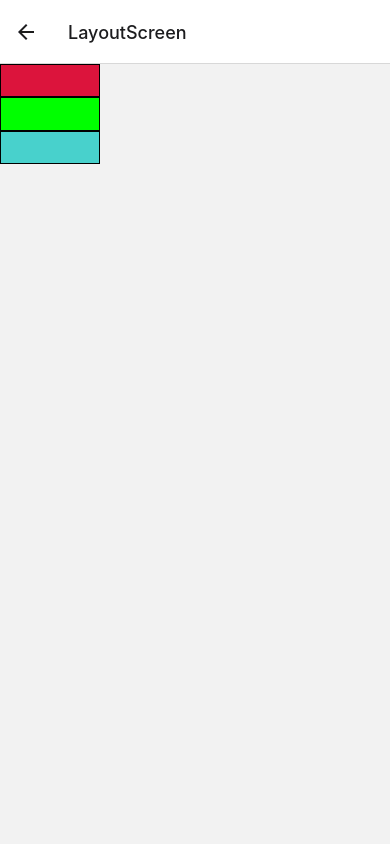
Repository: DS151-UFPR-2023/DS151_Israel-De-Quadros_EX4
Screen: /LayoutScreen
An editor plug-in stored every save of this project. The screen is shown before and after the next save, followed by the edit.
The app was drawn by React Native's web renderer in a window 390 px wide. The project was rebuilt for these pictures with package versions that can differ from the ones it lists, and the page was loaded fresh each time. Also part of the build but not shown: src/components/style.js, src/components/title/index.js, src/components/result/index.js, src/components/form/index.js, src/components/main/index.js, src/components/novoComponente/index.js, src/components/counterScreen.js, src/components/ColorList.js.

Above is the screen before, as saved 2023-09-08 18:41:22.

After the next save:
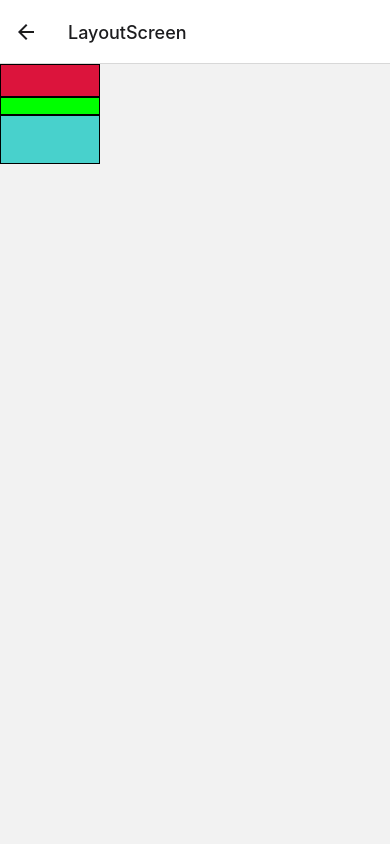
Saved 16 s later.
--- a/src/components/LayoutScreen.js
+++ b/src/components/LayoutScreen.js
@@ -17,7 +17,7 @@ const styles = StyleSheet.create({
         backgroundColor: '#00FA9A',
     },
     elm1 : {
-        flex:1,
+        flex:2,
         borderWidth: 1,
         backgroundColor: '#DC143C',
     },
@@ -27,7 +27,7 @@ const styles = StyleSheet.create({
         backgroundColor: '#00FF00',
     },
     elm3 : {
-        flex:1,
+        flex:3,
         borderWidth: 1,
         backgroundColor: '#48D1CC',
     },
